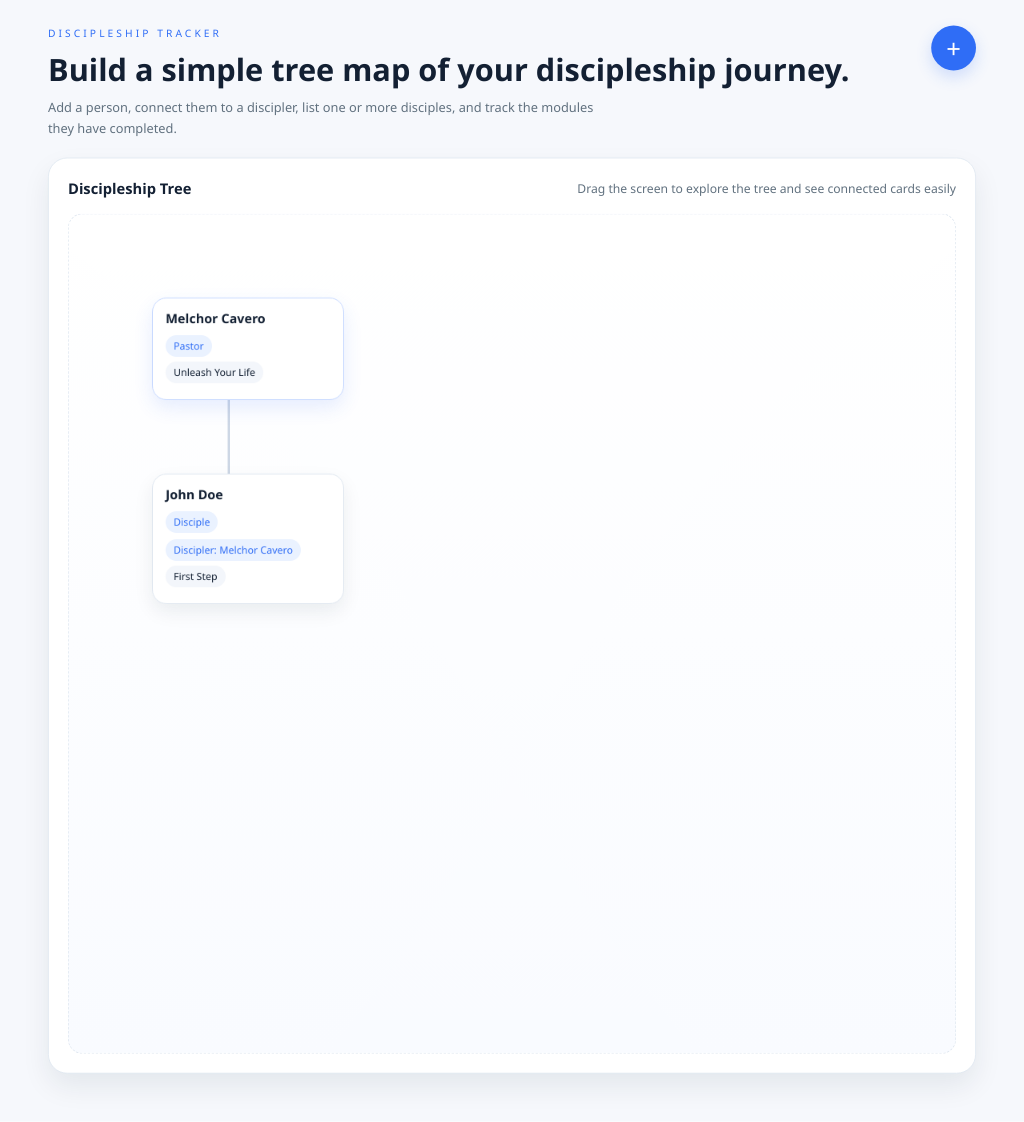
Repository: Cryuis/LCC-Isabela-Discipleship-Tracker
Page: index.html
These files come from the project's save history. The page is drawn as it stood at one moment and after the next save; the edit follows.
The browser window is 1280 px wide. The pictures show the whole page, at 80% of full size.

Above is the page before, as saved 2026-07-26 22:03:43.

After the next save:
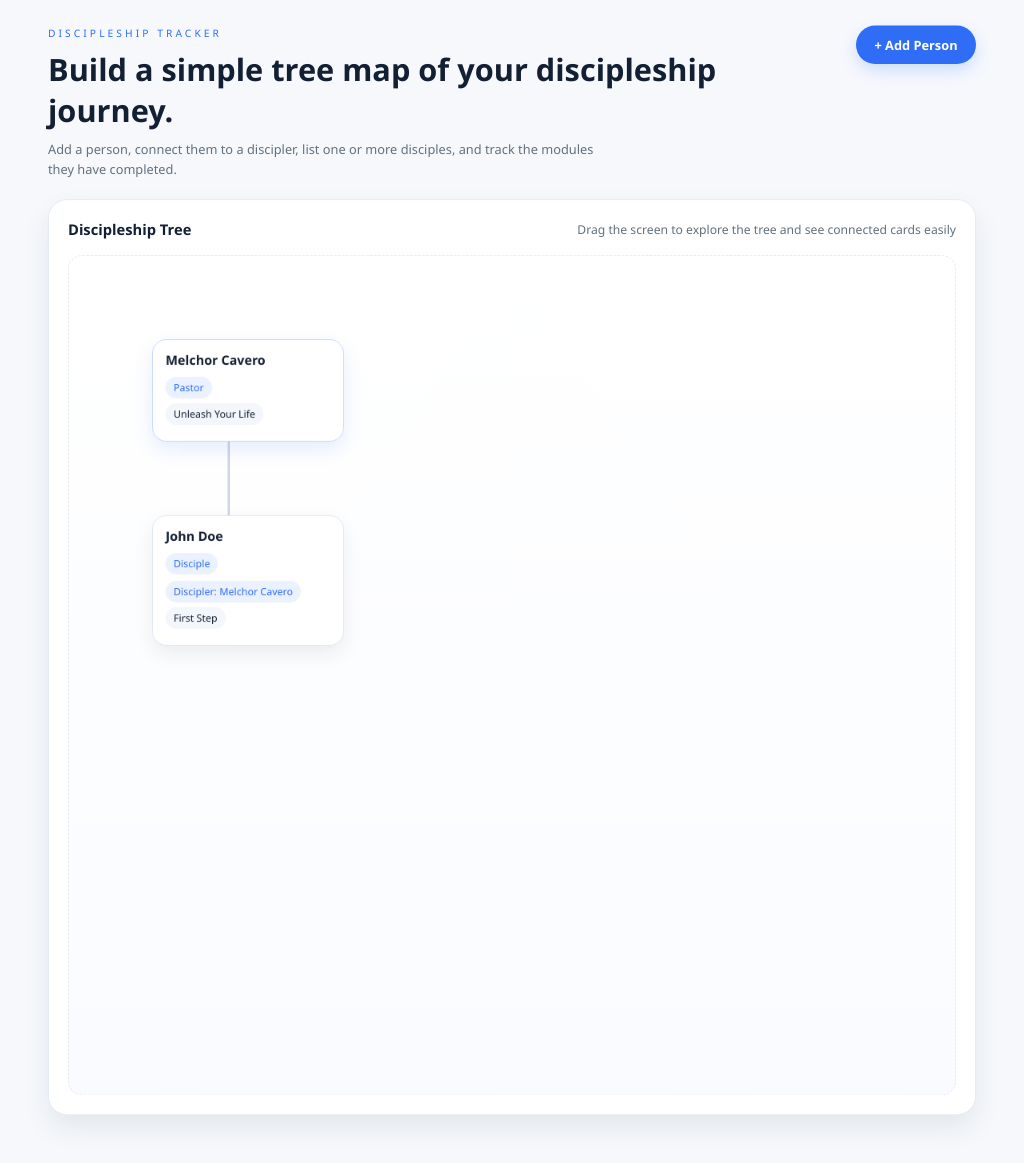
Saved 2 min 21 s later.
--- a/index.html
+++ b/index.html
@@ -23,7 +23,7 @@
           type="button"
           aria-label="Add a new disciple"
         >
-          +
+          + Add Person
         </button>
       </header>
 
--- a/styles.css
+++ b/styles.css
@@ -66,13 +66,19 @@ body {
 }
 
 .add-btn {
-  width: 56px;
-  height: 56px;
-  border-radius: 50%;
+  min-width: 150px;
+  height: 48px;
+  padding: 0 18px;
+  border-radius: 999px;
   background: var(--accent);
   color: white;
-  font-size: 2rem;
+  font-size: 1rem;
+  font-weight: 600;
   box-shadow: 0 8px 20px rgba(47, 109, 246, 0.2);
+  display: inline-flex;
+  align-items: center;
+  justify-content: center;
+  gap: 6px;
 }
 
 .tree-card {
